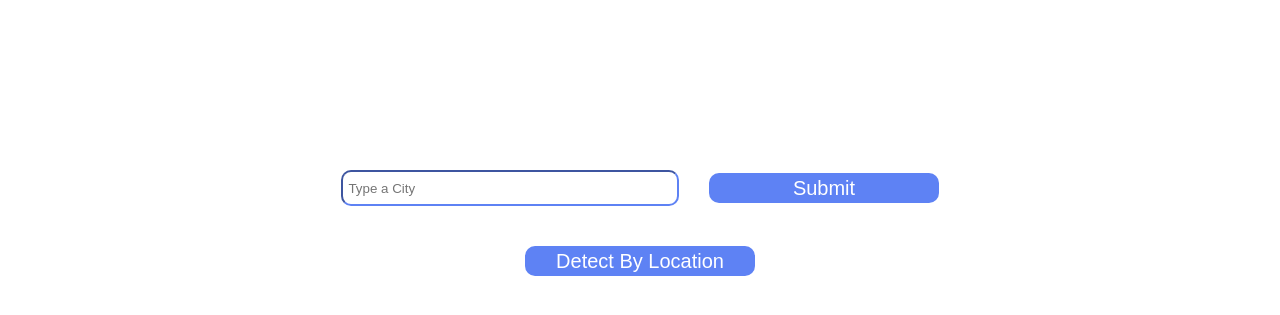
Repository: ahmedazawi/weather-app
Page: /
The author's editor kept a copy of each file at every save. The page is drawn from the files as they stood at one save, then again after the next save.
The browser window is 1280 px wide. The pictures show the whole page.
The project was rebuilt for these pictures with package versions that can differ from the ones it lists, and the page was loaded fresh each time. Also part of the build but not shown: src/layout/Header.js, src/assets/css/details.css, src/assets/data/ContextApi.js, src/assets/css/SevenDaysCards.css, src/components/card.js, src/components/SevenDaysCards.js, src/assets/data/Api.js, src/components/Map.js and 2 more.

Above is the page before, as saved 2022-11-30 22:42:33.

After the next save:
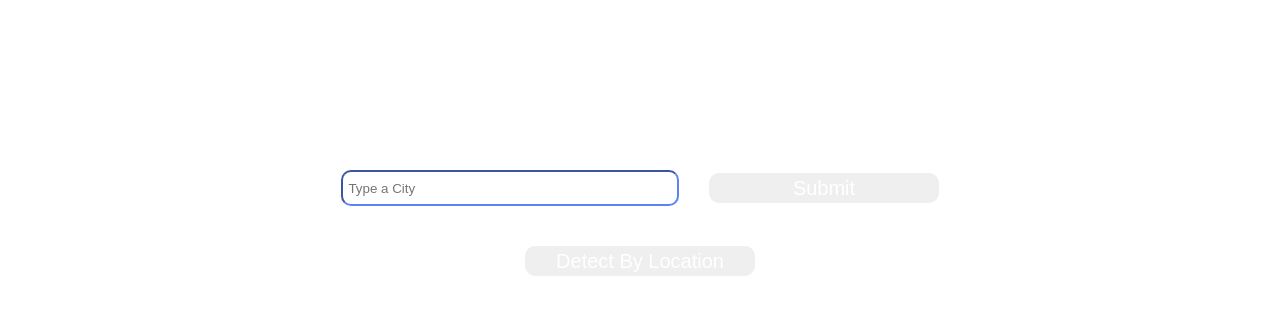
Saved 23 s later.
--- a/src/App.css
+++ b/src/App.css
@@ -29,7 +29,7 @@ body {
   border: none;
   border-radius: 10px;
   color: var(--secondaryColor);
-  background-color: var(--primaryColor);
+  /* background-color: var(--primaryColor); */
   height: 30px;
   width: 230px;
   font-size: 20px;

After the save that followed:
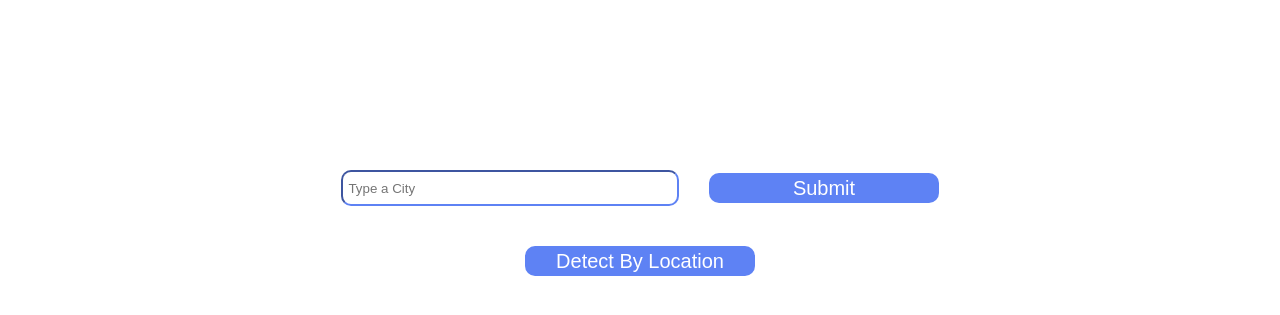
Saved 4 s later.
--- a/src/App.css
+++ b/src/App.css
@@ -29,7 +29,7 @@ body {
   border: none;
   border-radius: 10px;
   color: var(--secondaryColor);
-  /* background-color: var(--primaryColor); */
+  background-color: var(--primaryColor);
   height: 30px;
   width: 230px;
   font-size: 20px;
